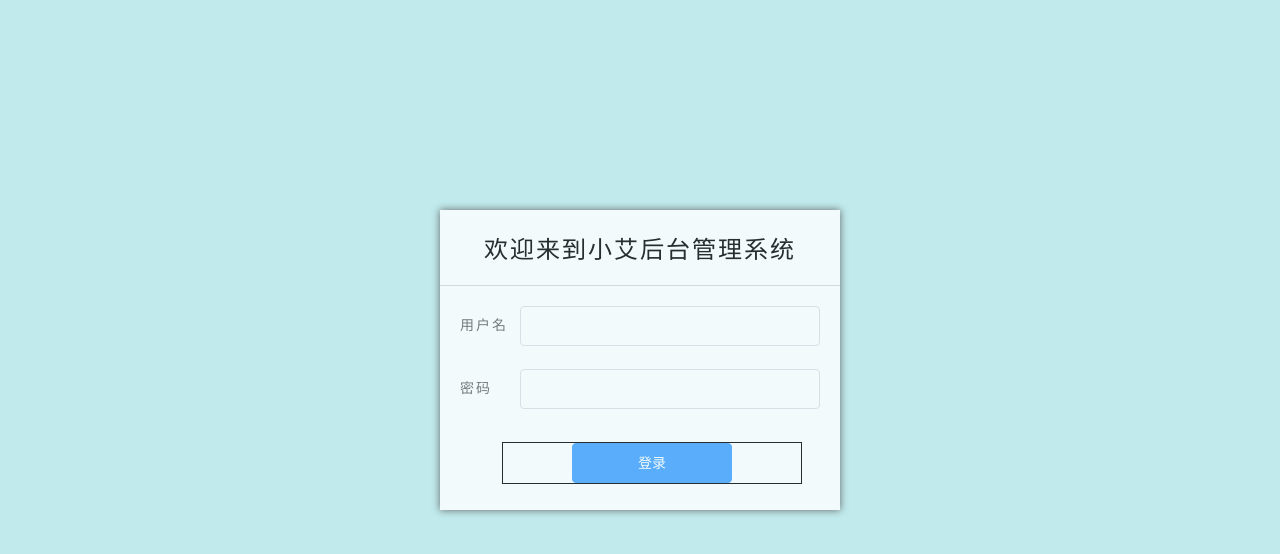
Repository: noob-injoker/router-slots-cw-ee
Page: /Login
The author's editor kept a copy of each file at every save. The page is drawn from the files as they stood at one save, then again after the next save.
The browser window is 1280 px wide. The pictures show the whole page.
The project was rebuilt for these pictures with package versions that can differ from the ones it lists, and the page was loaded fresh each time. Also part of the build but not shown: vue.config.js, src/views/Home.vue, src/views/Layout.vue.

Above is the page before, as saved 2020-08-29 21:36:23.

After the next save:
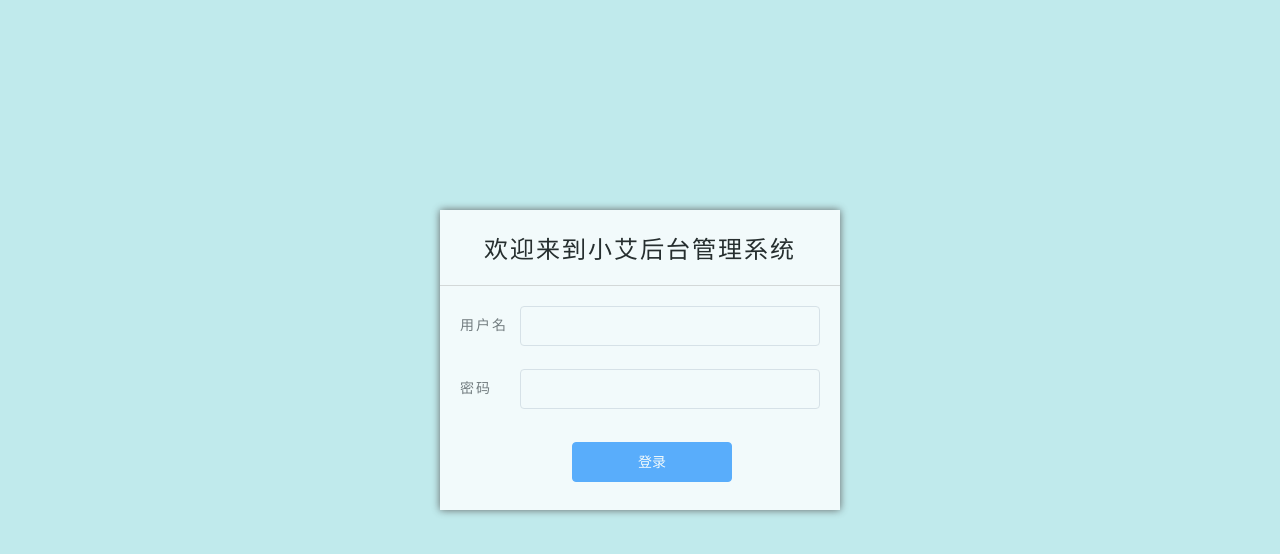
Saved 8 s later.
--- a/src/views/Login.vue
+++ b/src/views/Login.vue
@@ -25,7 +25,7 @@
 
         <el-form-item>
 
-          <div class="button-box b1 ">
+          <div class="button-box">
             <el-button type="primary" @click="submitForm('ruleForm')">登录</el-button>
           </div>
 
